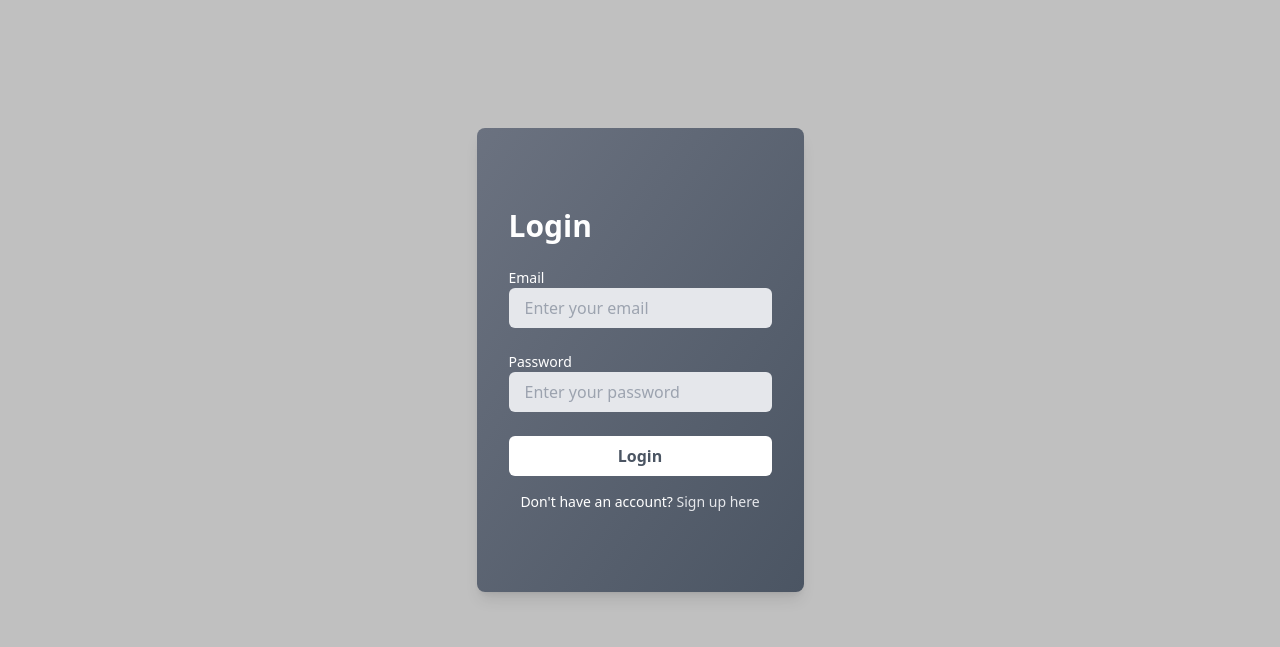
Repository: shaafsalman/product-Management-MERN
Page: / (app in frontend/)
These files come from the project's save history. The page is drawn as it stood at one moment and after the next save; the edit follows.
The browser window is 1280 px wide. The pictures show the whole page.
The project was rebuilt for these pictures with package versions that can differ from the ones it lists, and the page was loaded fresh each time. Also part of the build but not shown: frontend/vite.config.js, frontend/src/Cards/messageCard.jsx, frontend/src/Pages/SighnUp.jsx, frontend/src/Pages/NoPage.jsx, frontend/src/Pages/AddProduct.jsx, frontend/src/Pages/UpdateProduct.jsx, frontend/src/Pages/Home.jsx, frontend/src/Pages/offlineAddProduct.jsx and 3 more.

Above is the page before, as saved 2024-05-15 21:46:06.

After the next save:
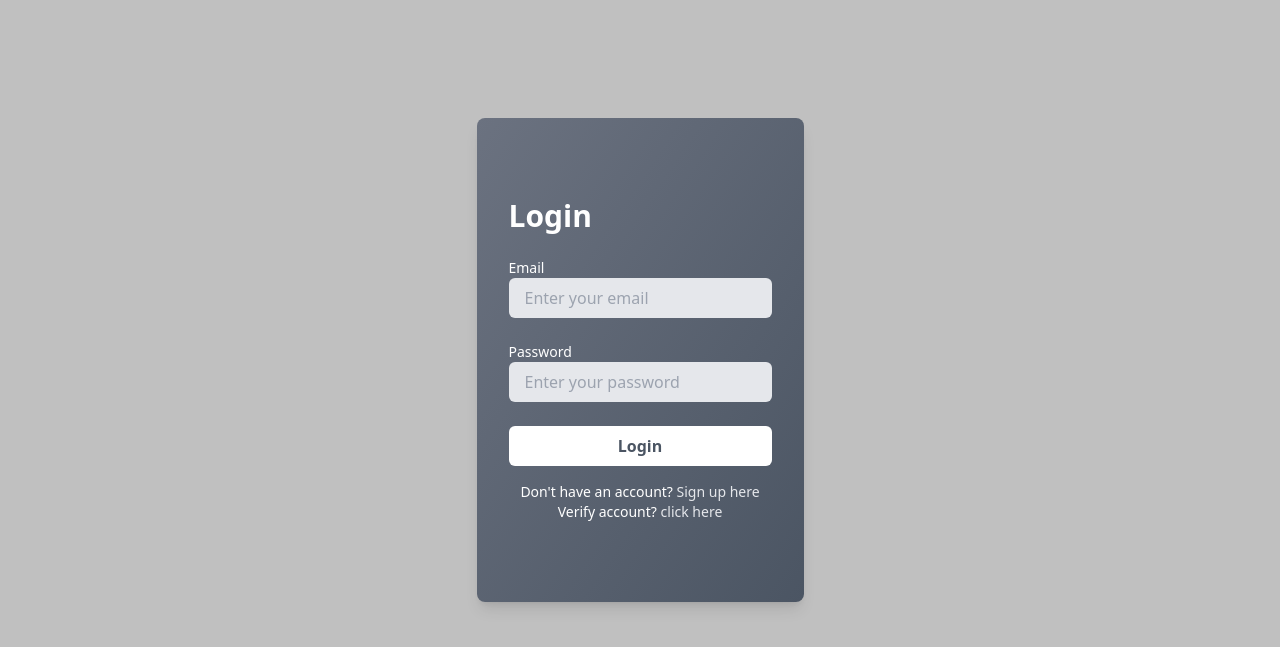
Saved 14 s later.
--- a/frontend/src/Pages/Login.jsx
+++ b/frontend/src/Pages/Login.jsx
@@ -118,6 +118,12 @@ const Login = () => {
                 <Link to="/signup" className="text-gray-200 hover:text-white">
                   Sign up here
                 </Link>
+                <p className="text-sm text-white">
+                Verify account?{' '}
+                <Link to="/verifyEmail" className="text-gray-200 hover:text-white">
+                  click here
+                </Link>
+              </p>
               </p>
             </div>
           </div>
